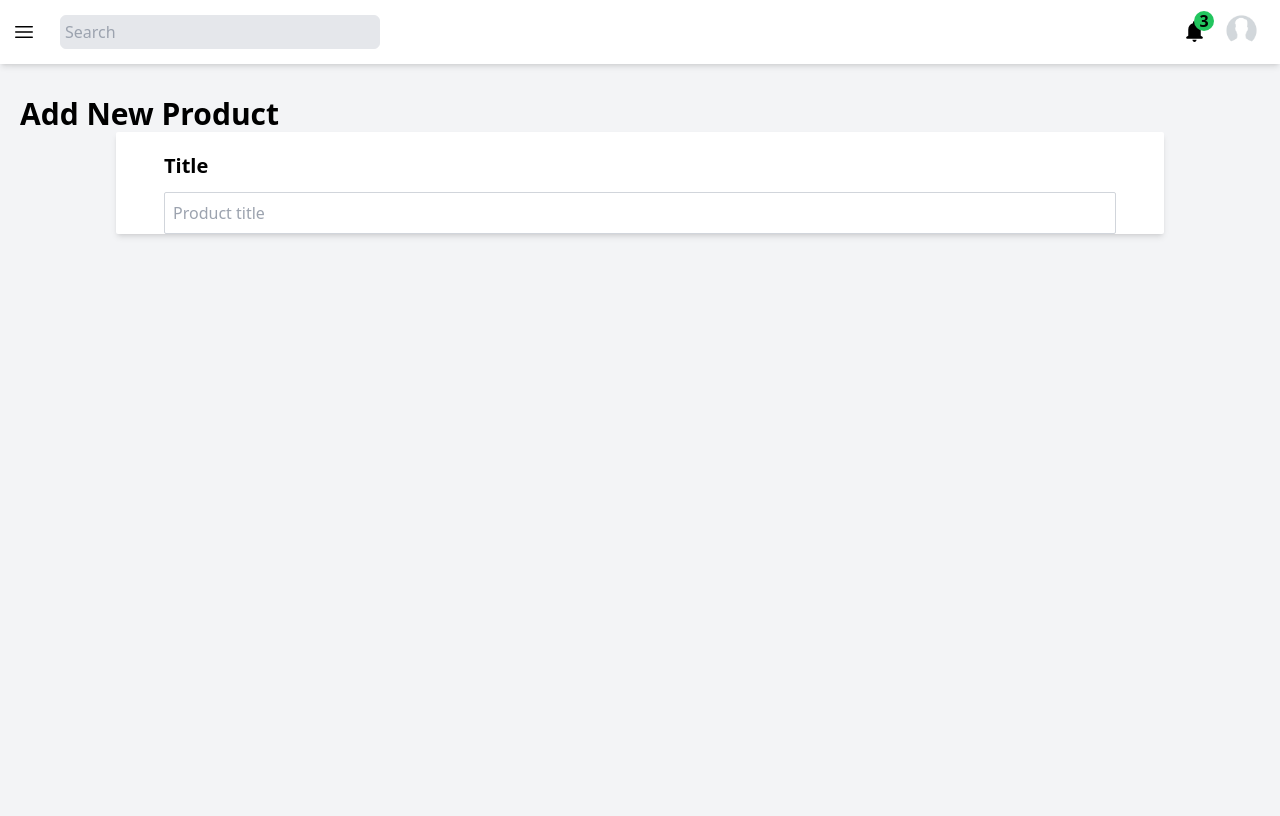
Repository: IssaMuiz/ifarmstock-admin
Page: /new-product
The author's editor kept a copy of each file at every save. The page is drawn from the files as they stood at one save, then again after the next save.
The browser window is 1280 px wide. The pictures show the whole page.
The page's requests for data from a server got no answer. The project was rebuilt for these pictures with package versions that can differ from the ones it lists, and the page was loaded fresh each time. The framework's server and built-in components were replaced by stand-ins that run in the browser. No one was signed in, and anything a server would have sent is missing. Also part of the build but not shown: next.config.mjs.

Above is the page before, as saved 2024-10-12 16:01:52.

After the next save:
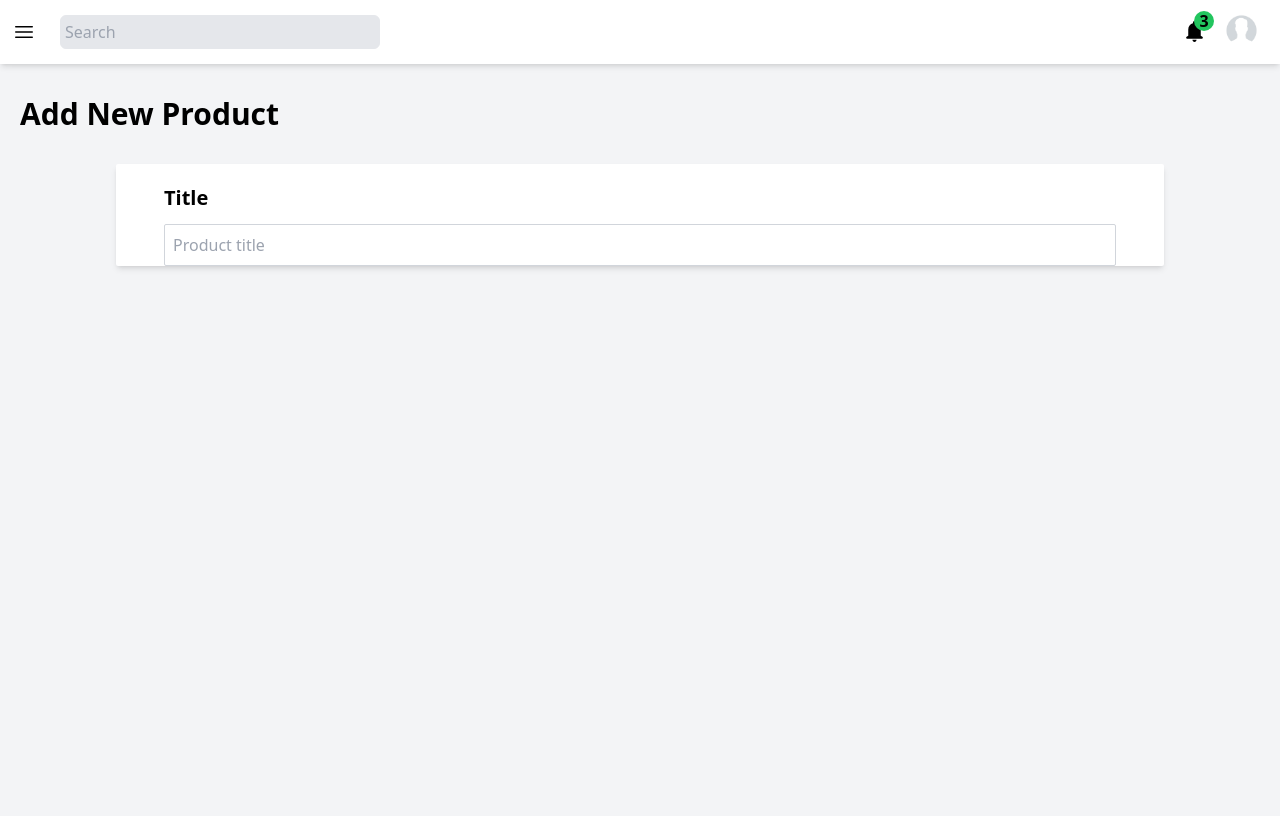
Saved 29 s later.
--- a/app/new-product/page.tsx
+++ b/app/new-product/page.tsx
@@ -4,7 +4,7 @@ const NewProduct = () => {
   return (
     <section className="mt-24 min-h-screen">
       <div>
-        <h1 className="text-3xl font-semibold">Add New Product</h1>
+        <h1 className="text-3xl font-semibold mb-8">Add New Product</h1>
       </div>
       <div className="bg-white mx-12 md:mx-24 rounded-sm shadow-md">
         <div className="px-12">
